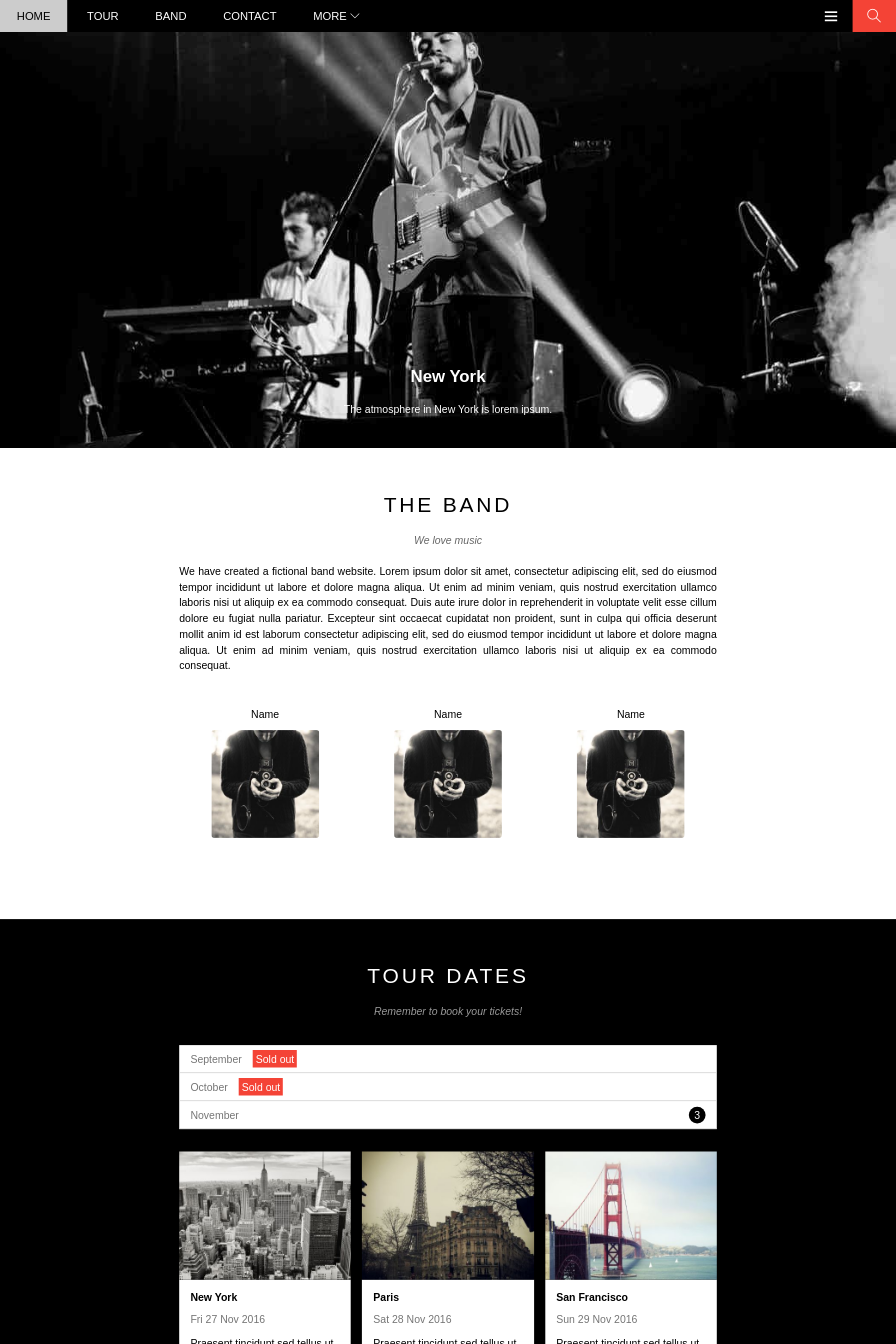
Repository: maivannhan1998/git-w3band
Page: index.html
The author's editor kept a copy of each file at every save. The page is drawn from the files as they stood at one save, then again after the next save.
The browser window is 1280 px wide. The pictures show the part of the page from y = 0 to 1920 px (the page is 3462 px tall), at 70% of full size.
The pointer rests on the first visible `#header .search-btn`.

Above is the page before, as saved 2021-09-09 22:15:49.

### index.html
<!DOCTYPE html>
<html lang="en">
<head>
    <meta charset="UTF-8">
    <meta http-equiv="X-UA-Compatible" content="IE=edge">
    <meta name="viewport" content="width=device-width, initial-scale=1.0">
    <title>Document</title>
    <link rel="stylesheet" href="./asset/css/style.css">
    <link rel="stylesheet" href="./asset/css/responsive.css">
    <link rel="stylesheet" href="./asset/fontss/themify-icons/themify-icons.css">
</head>
<body>
    <div id="main">
        <div id="header">
            <!-- Begin: nav -->
            <ul id="nav">
                <li><a href="">Home</a></li>
                <li><a href="">Tour</a></li>
                <li><a href="">Band</a></li>
                <li><a href="">Contact</a></li>
                <li><a href="">
                    More
                    <i class="nav-arrow-down ti-angle-down"></i>
                </a>
                    <ul class="subnav">
                        <li><a href="">Merchandise</a></li>
                        <li><a href="">Extras</a></li>
                        <li><a href="">Media</a></li>
                    </ul>
                </li>
            </ul>
            <!-- End: nav -->

            <!-- Begin: Search button -->
            <div class="search-btn">
                <i class="search-icon ti-search"></i>
            </div>

            <div class="mobile-menu-btn">
                <i class="mennu-icon ti-menu"></i>
            </div>
            <!-- End: Search button -->


        </div>

        <div id="slider">
            <div class="text-content">
                <h2 class="text-heading">New York</h2>
                <div class="text-des">The atmosphere in New York is lorem ipsum.</div>
            </div>
        </div>

        <div id="content">
            <!-- About section -->
            <div class="content-section">
                <h2 class="heading-section">THE BAND</h2>
                <p class="heading-sub-section">We love music</p>
                <p class="about-text">We have created a fictional band website. Lorem ipsum dolor sit amet, consectetur adipiscing elit, sed do eiusmod tempor incididunt ut labore et dolore magna aliqua. Ut enim ad minim veniam, quis nostrud exercitation ullamco laboris nisi ut aliquip ex ea commodo consequat. Duis aute irure dolor in reprehenderit in voluptate velit esse cillum dolore eu fugiat nulla pariatur. Excepteur sint occaecat cupidatat non proident, sunt in culpa qui officia deserunt mollit anim id est laborum consectetur adipiscing elit, sed do eiusmod tempor incididunt ut labore et dolore magna aliqua. Ut enim ad minim veniam, quis nostrud exercitation ullamco laboris nisi ut aliquip ex ea commodo consequat.</p>
                <div class="row members-list">
                    <div class="col col-third text-center">
                         <p class="member-name">Name</p>
                         <img src="./asset/img/band/member1.jpg" alt="Name" class="member-img">
                    </div>
                    <div class="col col-third text-center">
                        <p class="member-name">Name</p>
                        <img src="./asset/img/band/member1.jpg" alt="Name" class="member-img">
                   </div>
                   <div class="col col-third text-center">
                        <p class="member-name">Name</p>
                        <img src="./asset/img/band/member1.jpg" alt="Name" class="member-img">
                    </div>


                </div>
            </div>

            <!--Tour section  -->
            <div class="tour-section">

                <div class="content-section">
                    <h2 class="heading-section text-white">TOUR DATES</h2>
                    <p class="heading-sub-section text-white">Remember to book your tickets!</p>
                    <ul class="tickets-list">
                        <li>September<span class="sold-out">Sold out</span></li>
                        <li>October<span class="sold-out">Sold out</span></li>
                        <li>November<span class="quanity">3</span></li>
                    </ul>

                    <!-- Place section -->
                    <div class="row places-list">
                        <div class="col col-third ">
                            <img src="./asset/img/places/newyork.jpg" alt="New York" class="place-img">
                            <div class="place-content">
                                <h3 class="place-heading">New York</h3>
                                <p class="place-time">Fri 27 Nov 2016</p>
                                <p class="place-des">Praesent tincidunt sed tellus ut rutrum sed vitae justo.</p>
                                <button class="place-buy-btn js-buy-ticket">Buy Tickets</button>
                            </div>
                        </div>

                        <div class=" col col-third ">
                            <img src="./asset/img/places/paris.jpg" alt="Paris" class="place-img">
                            <div class="place-content">
                                <h3 class="place-heading">Paris</h3>
                                <p class="place-time">Sat 28 Nov 2016</p>
                                <p class="place-des">Praesent tincidunt sed tellus ut rutrum sed vitae justo.</p>
                                <button class="place-buy-btn js-buy-ticket">Buy Tickets</button>
                            </div>
                        </div>

                        <div class=" col col-third ">
                            <img src="./asset/img/places/sanfran.jpg" alt="San Francisco" class="place-img">
                            <div class="place-content">
                                <h3 class="place-heading">San Francisco</h3>
                                <p class="place-time">Sun 29 Nov 2016</p>
                                <p class="place-des">Praesent tincidunt sed tellus ut rutrum sed vitae justo.</p>
                                <button class="place-buy-btn js-buy-ticket">Buy Tickets</button>
                            </div>
                        </div>


                    </div>
                </div>


            </div>

            <!-- Contact section -->

            <div class="content-section">
                <h2 class="heading-section">CONTACT</h2>
                <p class="heading-sub-section">Fan? Drop a note!</p>


                <div class="row contact-content">
                    <div class="col col-half contact-info">
                           <p><i class="ti-location-pin"></i>Chicago, US</p>
                           <p><i class="ti-mobile"></i>Phone: +00 151515</p>
                           <p><i class="ti-email"></i>Email: mail@mail.com</p>
                    </div>
                    <div class="col col-half contact-form">
                        <form action="">
                            <div class="row">
                                   <div class="col col-half">
                                       <input type="text" name="" placeholder="Name" required  id="contact-name" class="form-control">
                                   </div>
                                   <div class="col col-half">
                                       <input type="email" name="" placeholder="Email" required id="contact-email" class="form-control">
                                   </div>
                                   <!-- <div class="clear"></div> -->
                            </div>
                            <div class="row mt-8">
                               <div class="col col-full">
                                   <input type="text" name="" placeholder="Message" id="contact-message" required class="form-control">
                               </div>
                            </div>
                            <input class="form-submit-btn mt-16" type="submit" value="SEND">

                        </form>
                    </div>
                </div>
            </div>

            <!-- End contact section -->

            <div class="map-section">
                <img src="./asset/img/map.jpg" alt="Map">
            </div>



        </div>

        <div id="footer">
            <div class="social-list">
                <a href=""><i class="ti-facebook"></i></a>
                <a href=""><i class="ti-instagram"></i></a>
                <a href=""><i class="ti-github"></i></a>
                <a href=""><i class="ti-pinterest"></i></a>
                <a href=""><i class="ti-twitter"></i></a>
                <a href=""><i class="ti-linkedin"></i></a>
            </div>
            <p class="copyright">Powered by <a href="">w3.css</a></p>
        </div>
    </div>

    <div class="modal js-modal">
        <div class= "modal-container js-modal-container">
            <div class="modal-close js-modal-close">
                <i class="ti-close"></i>
            </div>
            <header class="modal-header">
                <i class="modal-tibag-icon ti-bag"></i>
                Tickets
            </header>

            <div class="modal-body">
                <label for="ticket-quanity" class="modal-label">
                    <i class="ti-shopping-cart"></i>
                    Tickets, $15 per person
                </label>
                <input id="ticket-quanity" type="text" class="modal-input" placeholder="How many?">

                <label for="ticket-email" class="modal-label">
                    <i class="ti-user"></i>
                    Send to
                </label>
                <input id="ticket-email" type="email" class="modal-input" placeholder="Enter mail...">

                <button id="buy-tickets">
                    Pay <i class="ti-check"></i>
                </button>


            </div>

            <footer class="modal-footer">
                <p class="modal-help">Need <a href="">help?</a></p>
            </footer>
        </div>
    </div>

 <script>
        const buyBtns = document.querySelectorAll('.js-buy-ticket')
        const modal = document.querySelector('.js-modal')
        const modalContainer = document.querySelector('.js-modal-container')
        const modalClose = document.querySelector('.js-modal-close')

        function showBuyTickets() {
            modal.classList.add('open')
        }
        function hidenBuyTickets() {
            modal.classList.remove('open')
        }

        for ( const buyBtn of buyBtns) {
            buyBtn.addEventListener('click', showBuyTickets )
        }

        modalClose.addEventListener('click', hidenBuyTickets)

        modal.addEventListener('click', hidenBuyTickets)

        modalContainer.addEventListener('click', function(event){
            event.stopPropagation()
        })

    </script>



</body>
</html>

### asset/css/style.css
/* Reset CSS*/
*{
    padding: 0;
    margin: 0;
    box-sizing: border-box;
}

/* common */

.row {
    margin-left: -8px;
    margin-right: -8px;
}

.row::after {
    content: "";
    display: block;
    clear: both;
}

.col {
    float: left;
    padding-left: 8px;
    padding-right: 8px;
}

.col-third {
    width: 33.33333%;
}

.col-half {
    width: 50%;
}

.col-full {
    width: 100%;
}

.text-center {
    text-align: center !important;
}

.clear {
    clear: both;
}

.text-white {
    color: #fff !important;
}

.mt-8 {
    margin-top: 8px;
}

.mt-16 {
    margin-top: 16px;
}

html{
    font-family: Arial, Helvetica, sans-serif;

}

#main{

}

#header{
    position: fixed;
    top: 0;
    left: 0;
    right: 0;
    height: 46px;
    background-color: #000;
    z-index: 1;
    overflow: hidden;
}

#nav {
    display: inline-block ;
}

#nav, .subnav {
    list-style-type: none;
}

#nav > li {
    display: inline-block;
}

#nav li{
    position: relative;

}

#nav > li > a {
    color: #fff;
    text-transform: uppercase;
}

#nav li a {
    padding: 0 24px;
    line-height: 46px;
    display: block;
    text-decoration: none;
}
#nav .subnav li:hover a,
#nav > li:hover > a {
    color: #000;
    background-color: #ccc;
}

#nav .subnav {
    display: none;
    position: absolute;
    top: 100%;
    left: 0;
    min-width: 160px;
    background-color: #fff;
    box-shadow: 0 0 10px rgba(0, 0, 0, 0.3);
}

#nav .subnav a {
    color: #000;
    background-color: #fff;
    padding: 0 12px;
    line-height: 38px;

}

#nav li:hover .subnav {
    display: block;
}

.nav-arrow-down {
    font-size: 14px;
}
#header .mobile-menu-btn,
#header .search-btn {
    float: right;
    padding: 0px 21px;

}

#header .mennu-icon:hover {
    color: #000;
    background-color: #ccc;
}

#header .search-btn:hover {
    cursor: pointer;
    background-color: #f44336;
}
#header .mennu-icon,
#header .search-icon {
    color: #fff;
    font-size: 20px;
    line-height: 46px;
}

#slider{
   /* margin-top: 46px; */
   /* chỉ số % chiều ngang của chính nó (chiều cao lun bằng 1/2 chiều ngang) */
   position: relative;
   padding-top: 50%;
   background: url('../img/slider/slider1.jpg') top center / cover no-repeat;
}

#slider .text-content {
    position: absolute;
    bottom: 47px;
    color: #fff;
    width: 100%;
    /* left: 50%;
   transform: translateX(-50%); */
   text-align: center;

}

#sider .text-heading {
    font-weight: 500;
    font-size: 24px;
}

#slider .text-des {
    font-size: 15px;
    margin-top: 25px;
}

#content{

}

#content .content-section {
    width: 800px;
    padding: 64px 0 112px;
    margin-left: auto;
    margin-right: auto;
    /*reponsive */
    max-width: 100%;
    padding-left: 16px;
    padding-right: 16px;

}

#content .heading-section {
    text-align: center;
    font-size: 30px;
    font-weight: 500;
    letter-spacing: 4px;
}

#content .heading-sub-section {
    text-align: center;
    font-size: 15px;
    margin-top: 25px;
    font-style: italic;
    opacity: 0.6;
}

#content .about-text {
    margin-top: 25px;
    text-align: justify;
    font-size: 15px;
    line-height: 1.5;
}

#content .members-list {
    margin-top: 48px;
}



#content .member-name {
    font-size: 15px;
}

#content .member-img {
    width: 154px;
    margin-top: 15px ;
    border-radius: 4px;

}

/* tour section */

.tour-section {
    background-color: #000;
}

.tickets-list {
    margin-top: 40px;
    list-style-type: none;
    background-color: #fff;

}

.tickets-list li {
    color: #757575;
    font-size: 15px;
    padding: 11px 16px;
    border-bottom: 1px solid #ccc;
}

.tickets-list .sold-out {
    color: #fff;
    background-color: #f44336;
    padding: 4px 4px;
    margin-left: 16px;
}

.tickets-list .quanity {
    float: right;
    color: #fff;
    background-color: #000;
    width: 24px;
    height: 24px;
    border-radius: 50%;
    text-align: center;
    margin-top: -3px;
    line-height: 24px;
}

.places-list {
    margin-top: 32px;

}

.place-img{
    width: 100%;
    display: block;
}

.place-img:hover {
    opacity: 0.6;
}

.place-content{
background-color: #fff;
padding: 16px;
font-size: 15px;
}

.place-heading{
    font-size: 15px;
}

.place-time{
    margin-top: 15px;
    color: #757575;
}

.place-des{
    margin: 15px 0;
    line-height: 1.4;
}

.place-buy-btn{
    color: #fff;
    background-color: #000;
    text-decoration: none;
    padding: 11px 16px;
    display: inline-block;
    border: none;
}

.place-buy-btn:hover {
    color: #000;
    background-color: #ccc;
}

/* contact form */

.contact-content {
    margin-top: 48px;
}

.contact-info {
    font-size: 18px;
}

.contact-info i[class*="ti-"]{
    width: 30px;
    display: inline-block;
    line-height: 1.5;
}

.contact-form {
    font-size: 15px;
}

.contact-form .form-control {
    padding: 10px;
    border: 1px solid #ccc;
    width: 100%;
}

.form-submit-btn {
    padding: 10px 16px;
    float: right;
    color: #fff;
    background: #000;
    border: none;
}

.form-submit-btn:hover {
    color: #000;
    background-color: #ccc;
}

.map-section img {
    width: 100%;
}

/* Footer section */

#footer{
    padding: 64px 16px;
    text-align: center;
}

#footer .social-list {
    font-size: 24px;
}

#footer .social-list a {
    color: rgba(0, 0, 0, 0.6);
    text-decoration: none;
}
#footer .copyright a:hover,
#footer .social-list a:hover {
    color: rgba(0, 0, 0, 0.4);
}
#footer .copyright a {
    margin-top: 15px;
    color: rgba(0, 0, 0, 0.6);
}

.modal {
    position: fixed;
    top: 0;
    left: 0;
    right: 0;
    bottom: 0;
    background-color: rgba(0, 0, 0, 0.4);
    align-items: center;
    justify-content: center;
    display: none;
}

.modal.open {
    display: flex;
}

.modal-container {
    background: #fff;
    width: 900px;
    max-width: calc(100% - 32px);
    min-height: 200px;
    position: relative;
    animation: mymove ease 0.5s;
}

.modal-header {
    display: flex;
    align-items: center;
    justify-content: center;
    font-size: 30px;
    color: #fff;
    background-color: #009688;
    min-height: 130px;
    letter-spacing: 4px;
}

.modal-tibag-icon {
    margin-right: 16px;
}

.modal-close {
    position: absolute;
    right: 0;
    top: 0;
    padding: 17px 15px;
    color: #fff;
    cursor: pointer;

}

.modal-close:hover {
    color: #000;
    background-color: #ccc;
}

.modal-body {
    padding: 16px;
}

.modal-label {
    display: block;
    font-size: 15px;
    margin-bottom: 12px;
}

.modal-input {
    border: 1px solid #ccc;
    padding: 11px;
    width: 100%;
    font-size: 15px;
    margin-bottom: 24px;
}

#buy-tickets {
    width: 100%;
    color: #fff;
    background-color: #009688;
    border: none;
    padding: 19px;
    text-transform: uppercase;
    font-size: 15px;
    cursor: pointer;
}

#buy-tickets:hover {
    color: #000;
    background-color: #ccc;
}

.modal-footer {
    padding: 16px;
    float: right;
    font-size: 15px;
}

.modal-footer a {
    color: #2196f3;
    cursor: pointer;
}

@keyframes mymove {
    from{
        transform: translateY(-140px);
        opacity: 0;
    }

    to{
        transform: translateY(0);
        opacity: 1;
    }


}

### asset/css/responsive.css
/* PC */
@media (min-width: 1024px) {

}

/* Tablet */
@media (min-width: 740px) and (max-width: 1023px) {

}

/* Mobile */
@media (max-width: 739px) {
    #nav li {
        display: block;
    }


    #header .search-btn {
        display: none;
    }
}

Loaded but not shown: asset/fontss/themify-icons/themify-icons.css (common file)

After the next save:
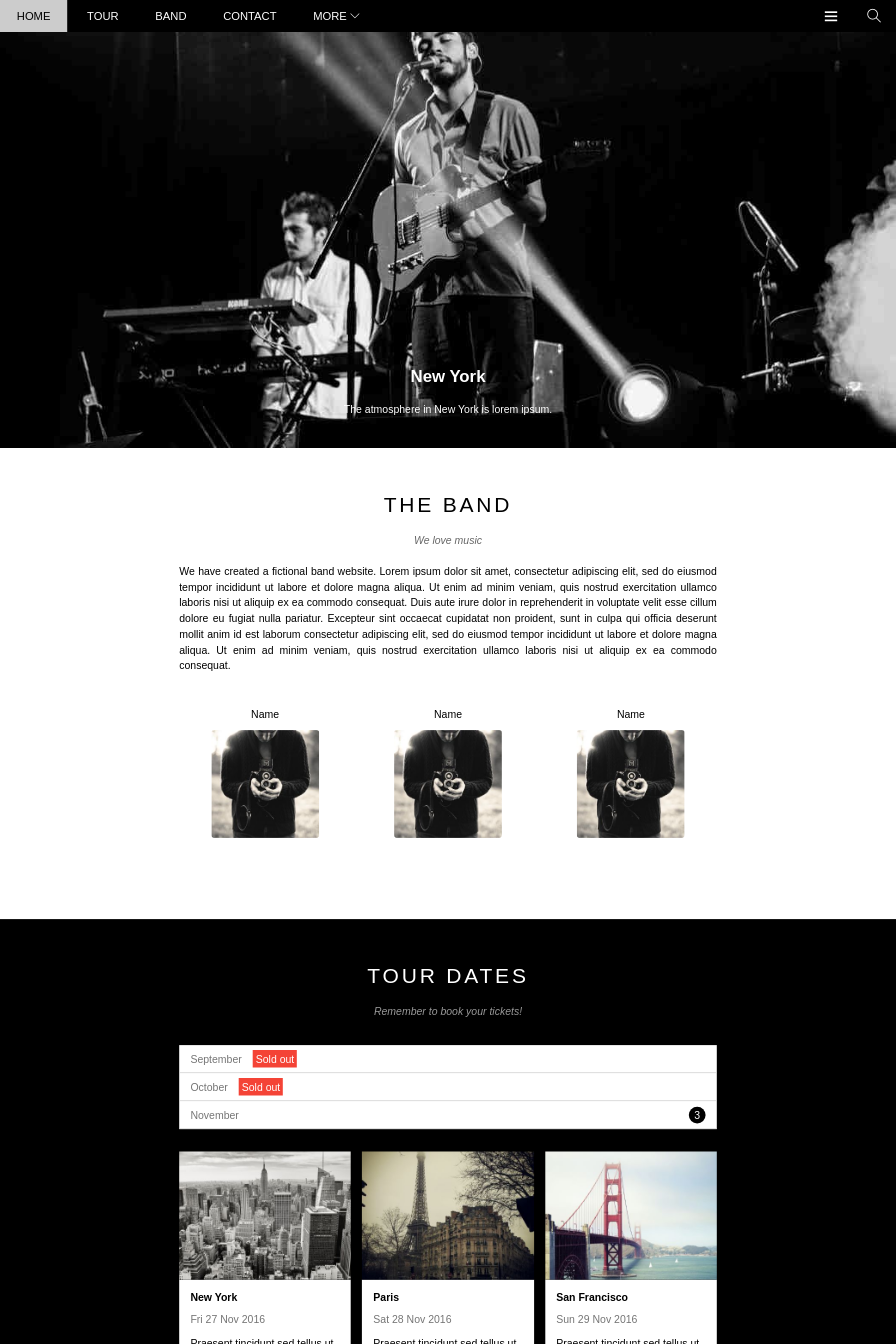
Saved 69 s later.
--- a/asset/css/style.css
+++ b/asset/css/style.css
@@ -147,7 +147,7 @@
     background-color: #ccc;
 }
 
-#header .search-btn:hover {
+#header .search-btn:hover .mennu-icon {
     cursor: pointer;
     background-color: #f44336;
 }
